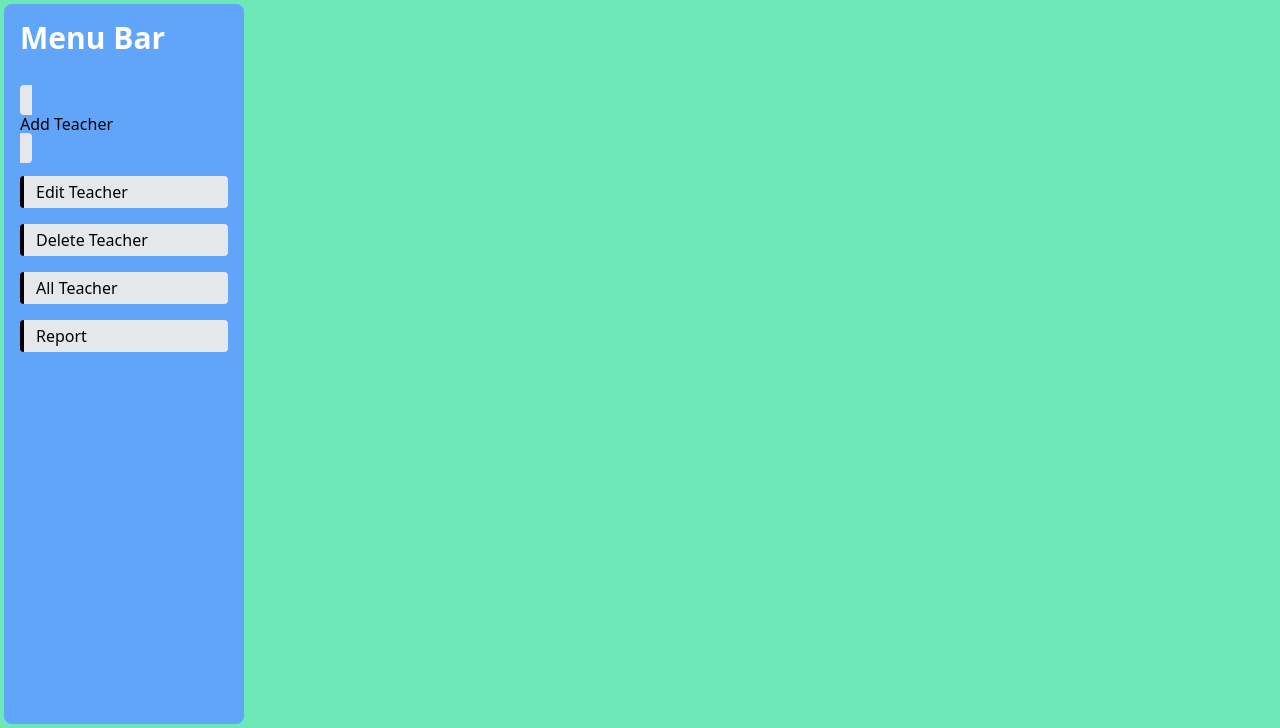
Repository: Haseeb467/Faculty-Online-data
Page: /SideBar
These files come from the project's save history. The page is drawn as it stood at one moment and after the next save; the edit follows.
The browser window is 1280 px wide. The pictures show the whole page.
The project was rebuilt for these pictures with package versions that can differ from the ones it lists, and the page was loaded fresh each time. Also part of the build but not shown: vite.config.ts, src/Admin/EditTeacher/EditTeacher.tsx, src/Pages/mainPage/MainPageItems.tsx, src/Components/Loader.css, src/Components/Hourglass.tsx, src/Components/NavBar.tsx, src/Components/AdminLayout.tsx, src/Admin/AddTeacher/AddTeacher.tsx and 15 more.

Above is the page before, as saved 2024-12-25 22:36:33.

After the next save:
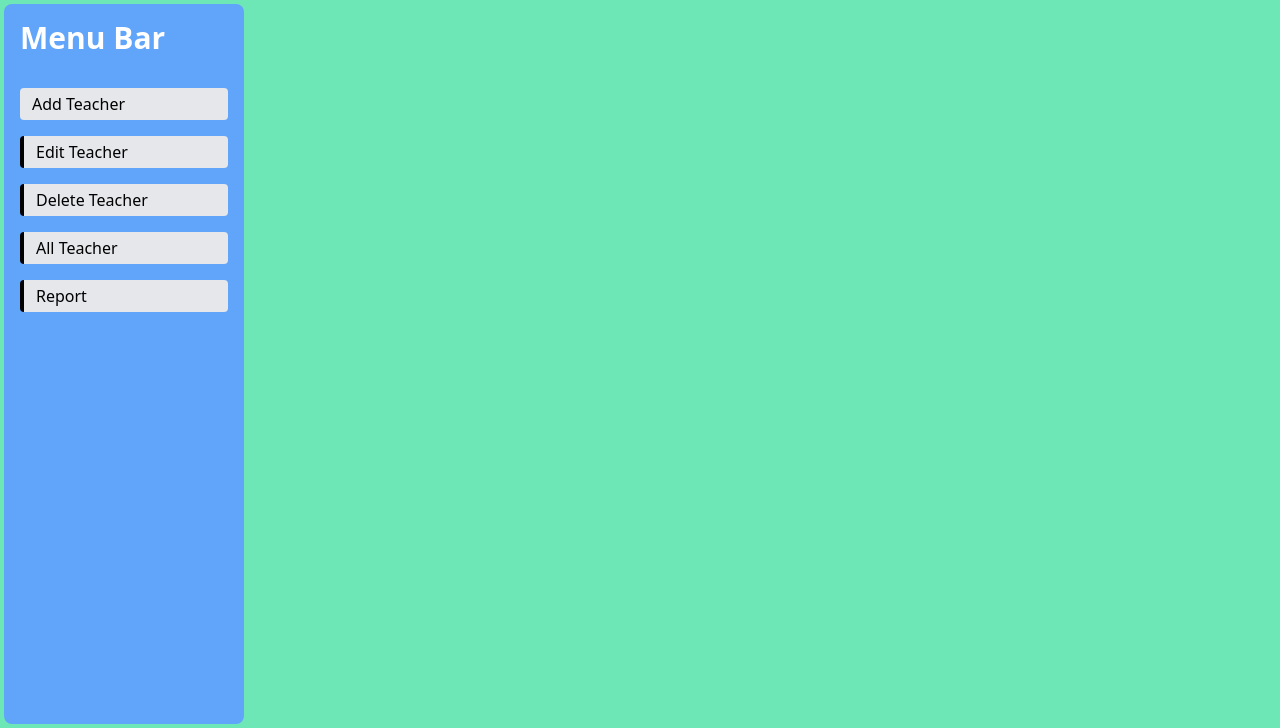
Saved 50 s later.
--- a/src/Components/Sidebar.tsx
+++ b/src/Components/Sidebar.tsx
@@ -13,15 +13,16 @@ const SideBar = () => {
             <div className="link ">
                 <nav className="mt-8">
                     <ul className="space-y-4">
-                        <NavLink to="/admin/add-teacher"
+                        <NavLink
+                            to="/admin/add-teacher" // Add the 'to' prop
                             className={({ isActive }) =>
-                            `cursor-pointer py-1 px-3 border-1-4 border-black rounded bg-gray-200 text-black hover:bg-gray-100 ${isActive ? " bg-red-400 " : ""}`
-                        }>
-                        <li>
-
+                                ` ${isActive ? " bg-gray-100 " : ""}`
+                            }
+                        >
+                            <li className="cursor-pointer py-1 px-3 border-1-4 border-black rounded bg-gray-200 text-black hover:bg-gray-100">
                                 Add Teacher
-                        </li>
-                            </NavLink>
+                            </li>
+                        </NavLink>
 
                         <li className="cursor-pointer py-1  px-3 rounded hover:text-black hover:bg-gray-100 $  text-black border-l-4 border-black bg-gray-200  ">
                             <Link to="EditTeacherByAdmin" className="w-full">Edit Teacher </Link>
